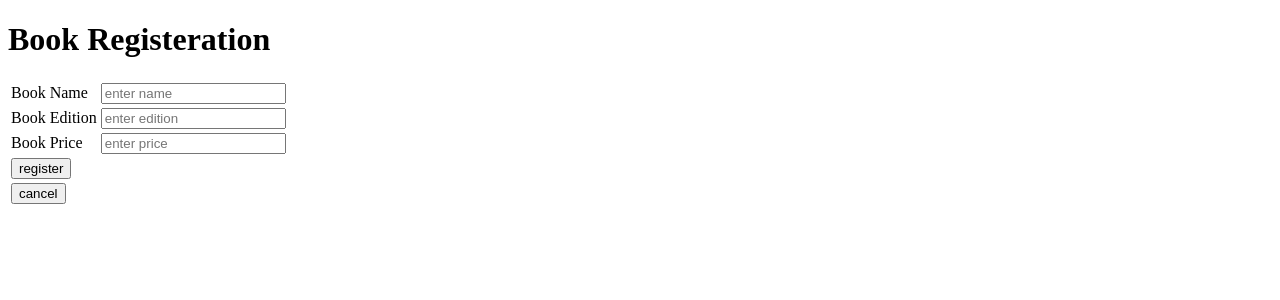
Repository: Altafalinadaf/BookWebApplication
Page: bookWebApp/src/main/webapp/home.html
These files come from the project's save history. The page is drawn as it stood at one moment and after the next save; the edit follows.
The browser window is 1280 px wide. The pictures show the whole page.

Above is the page before, as saved 2023-11-05 16:55:40.

### bookWebApp/src/main/webapp/home.html
<!DOCTYPE html>
<html>
<head>
<meta charset="ISO-8859-1">
<title>Insert title here</title>
</head>
<body>

	<h1> Book Registeration</h1>

	<form action="register" post="post">
		<table>
			<tr>
				<td>Book Name </td>
				<td> <input type="text" name="bname" placeholder="enter name"/></td>
			</tr>
			<tr>
				<td>Book Edition </td>
				<td> <input type="text" name="bedit" placeholder="enter edition"/></td>
			</tr>
			<tr>
				<td>Book Price </td>
				<td> <input type="text" name="bprice" placeholder="enter price"/></td>
			</tr>
			<tr>

				<td> <input type="submit" value="register"/></td>
			</tr>
			<tr>
				<td> <input type="reset" value="cancel"></td>
			</tr>
		</table>
	</form>

</body>
</html>

After the next save:
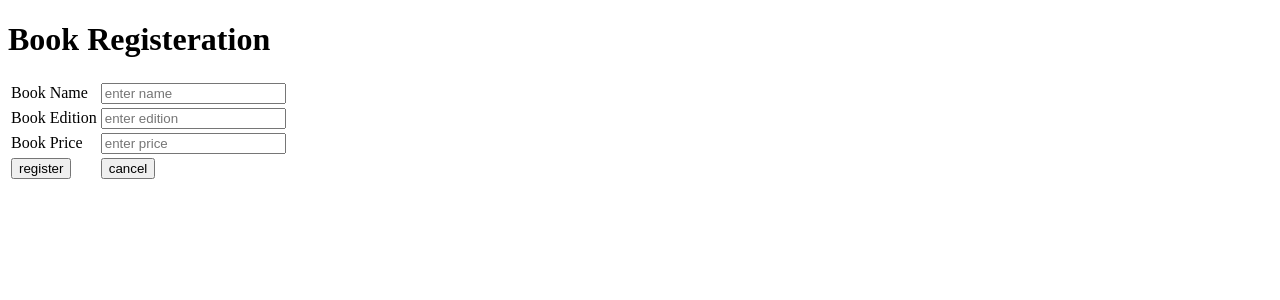
Saved 19 s later.
--- a/bookWebApp/src/main/webapp/home.html
+++ b/bookWebApp/src/main/webapp/home.html
@@ -1,9 +1,11 @@
 <!DOCTYPE html>
 <html>
+
 <head>
-<meta charset="ISO-8859-1">
-<title>Insert title here</title>
+	<meta charset="ISO-8859-1">
+	<title>Insert title here</title>
 </head>
+
 <body>
 
 	<h1> Book Registeration</h1>
@@ -12,25 +14,25 @@
 		<table>
 			<tr>
 				<td>Book Name </td>
-				<td> <input type="text" name="bname" placeholder="enter name"/></td>
+				<td> <input type="text" name="bname" placeholder="enter name" /></td>
 			</tr>
 			<tr>
 				<td>Book Edition </td>
-				<td> <input type="text" name="bedit" placeholder="enter edition"/></td>
+				<td> <input type="text" name="bedit" placeholder="enter edition" /></td>
 			</tr>
 			<tr>
 				<td>Book Price </td>
-				<td> <input type="text" name="bprice" placeholder="enter price"/></td>
+				<td> <input type="text" name="bprice" placeholder="enter price" /></td>
 			</tr>
 			<tr>
 
-				<td> <input type="submit" value="register"/></td>
-			</tr>
-			<tr>
+				<td> <input type="submit" value="register" /></td>
+
 				<td> <input type="reset" value="cancel"></td>
 			</tr>
 		</table>
 	</form>
 
 </body>
+
 </html>
